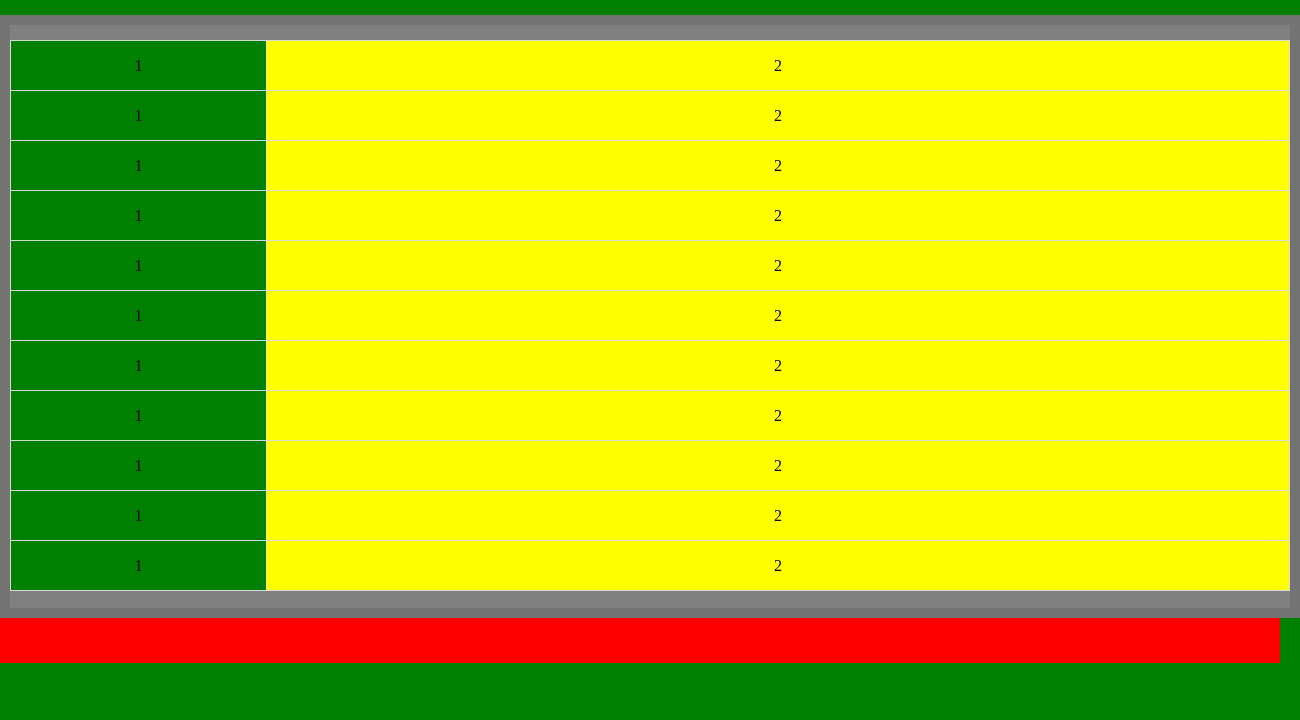
Repository: wangxinjun08231116/Html5Views
Page: WangXinJun/WebContent/htmls/ChangYongMark/table.html
An editor plug-in stored every save of this project. The page is shown before and after the next save, followed by the edit.
The browser window is 1280 px wide. The page is 1300 px wide, so the pictures cover 1300 px, including what lies to the right of the window. The pictures show the whole page.

Above is the page before, as saved 2015-02-04 03:38:03.

After the next save:
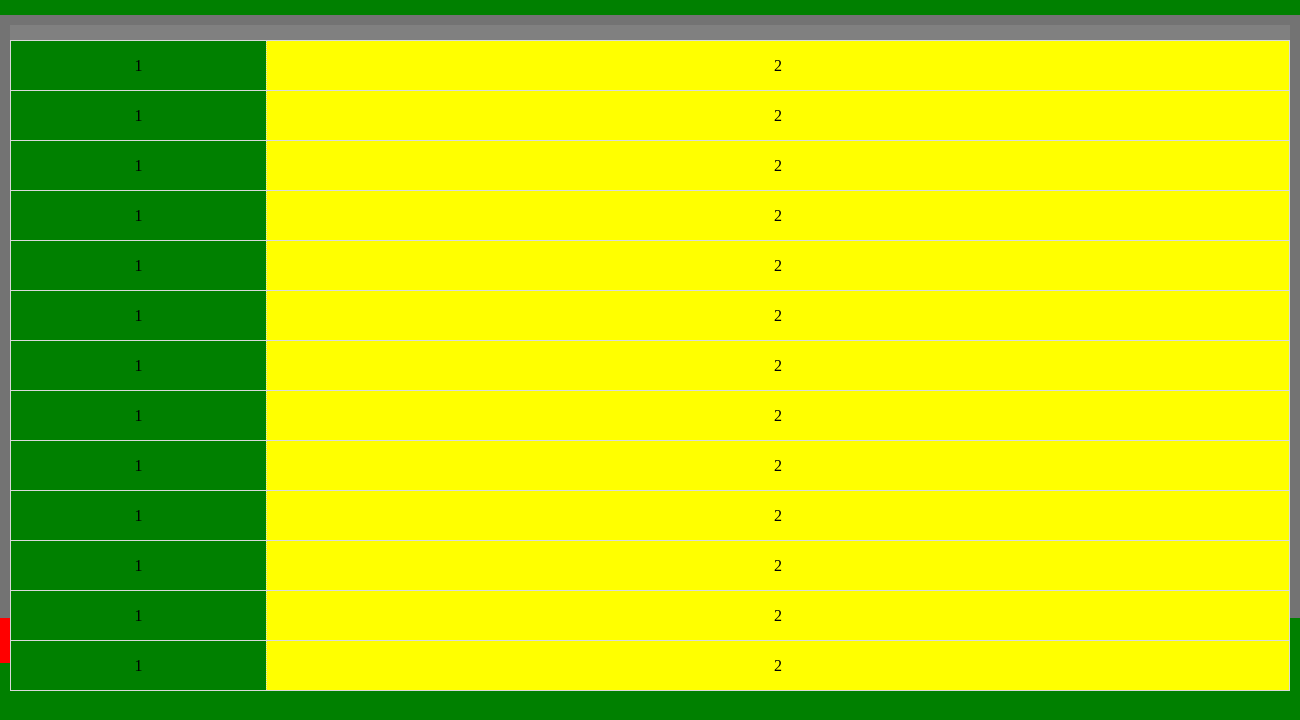
Saved 64 s later.
--- a/WangXinJun/WebContent/htmls/ChangYongMark/table.html
+++ b/WangXinJun/WebContent/htmls/ChangYongMark/table.html
@@ -65,6 +65,18 @@
 		<td class = "td_first" onclick="test(1)" >1</td>
 		<td class = "td_second" onclick="test(2)" >2</td>
 	</tr>
+		</tr>
+
+		<tr style="height: 50px; margin-top:5px; border: 1px solid #dadada;">
+		<td class = "td_first" onclick="test(1)" >1</td>
+		<td class = "td_second" onclick="test(2)" >2</td>
+	</tr>
+		</tr>
+
+		<tr style="height: 50px; margin-top:5px; border: 1px solid #dadada;">
+		<td class = "td_first" onclick="test(1)" >1</td>
+		<td class = "td_second" onclick="test(2)" >2</td>
+	</tr>
 
 
 
